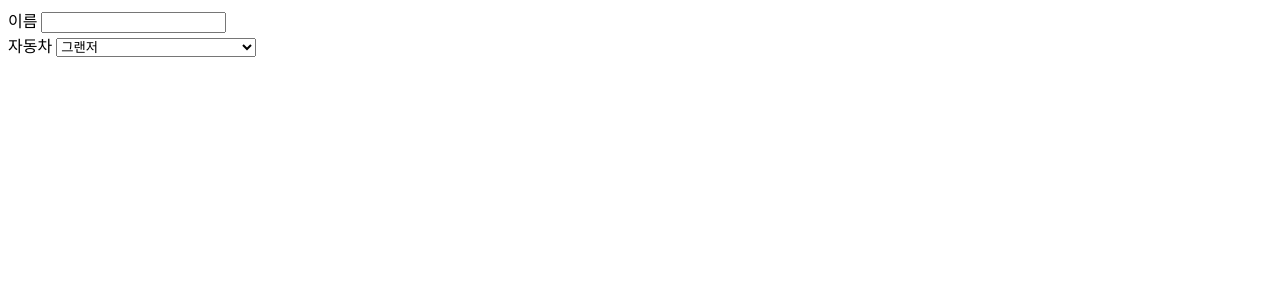
Repository: solsol7/ddit-html
Page: webpro/WebContent/0627/selectoption1.html
The author's editor kept a copy of each file at every save. The page is drawn from the files as they stood at one save, then again after the next save.
The browser window is 1280 px wide. The pictures show the whole page.

Above is the page before, as saved 2023-06-27 07:33:28.

After the next save:
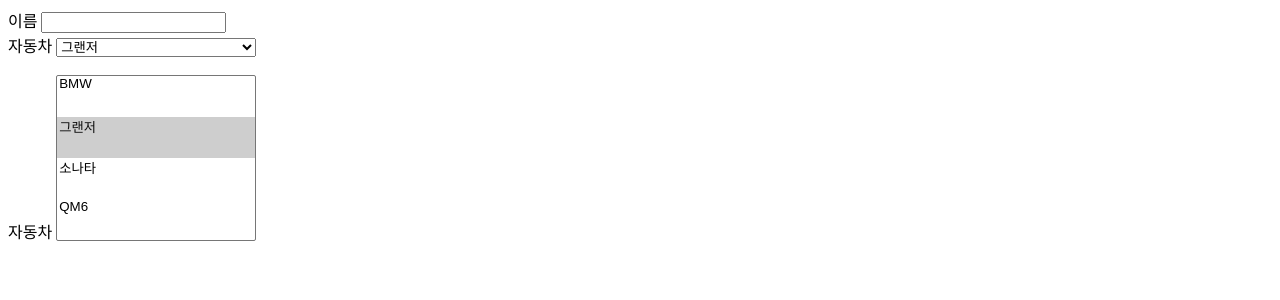
Saved 55 s later.
--- a/webpro/WebContent/0627/selectoption1.html
+++ b/webpro/WebContent/0627/selectoption1.html
@@ -28,6 +28,18 @@ option{
 		<option>QM6</option>
 	</select>
 
+
+	<br><br>
+	<label>자동차</label>
+	<select multiple="multiple" size="4">
+		<option>BMW</option>
+		<option selected="selected">그랜저</option>
+		<option>소나타</option>
+		<option>QM6</option>
+	</select>
+
+
+
 </form>
 </body>
 </html>
